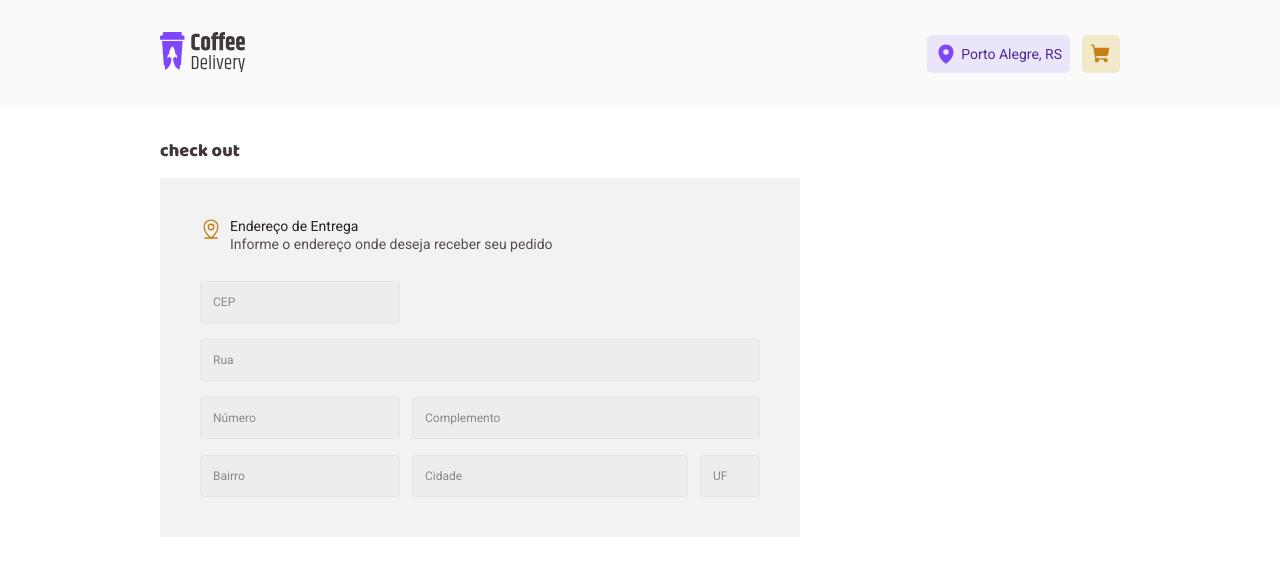
Repository: caueenrico/CoffeDelivery
Page: /checkout
The author's editor kept a copy of each file at every save. The page is drawn from the files as they stood at one save, then again after the next save.
The browser window is 1280 px wide. The pictures show the whole page.
The project was rebuilt for these pictures with package versions that can differ from the ones it lists, and the page was loaded fresh each time. Also part of the build but not shown: vite.config.ts, src/components/CoffesOptions/styled.ts, src/components/CoffeCards/styles.ts, src/components/IpuntNumber/styles.ts, src/components/IpuntNumber/index.tsx, src/components/CartOfCard/styles.ts, src/components/CartOfCard/index.tsx, src/utils/formatMoney.ts and 4 more.

Above is the page before, as saved 2022-09-22 15:31:02.

After the next save:
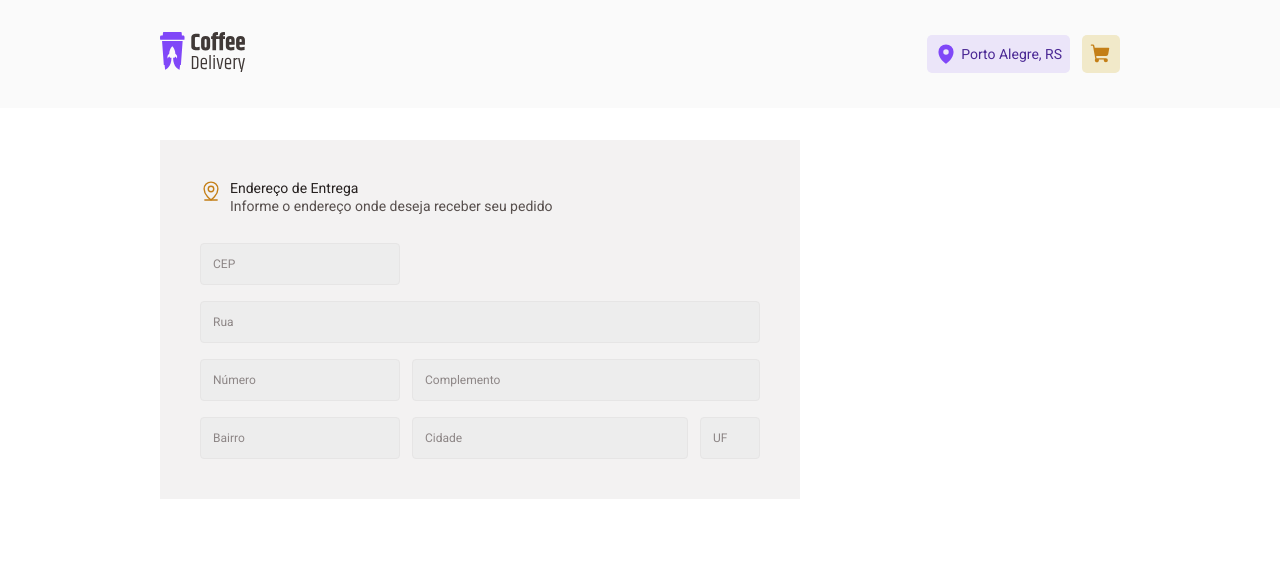
Saved 17 s later.
--- a/src/pages/CheckOut/index.tsx
+++ b/src/pages/CheckOut/index.tsx
@@ -8,7 +8,7 @@
 export function CheckOut() {
   return (
     <>
-      <TilteText>check out</TilteText>
+      <TilteText></TilteText>
 
       <ContainerCheckOut>
         <TextCheck

After the 3 saves that followed:
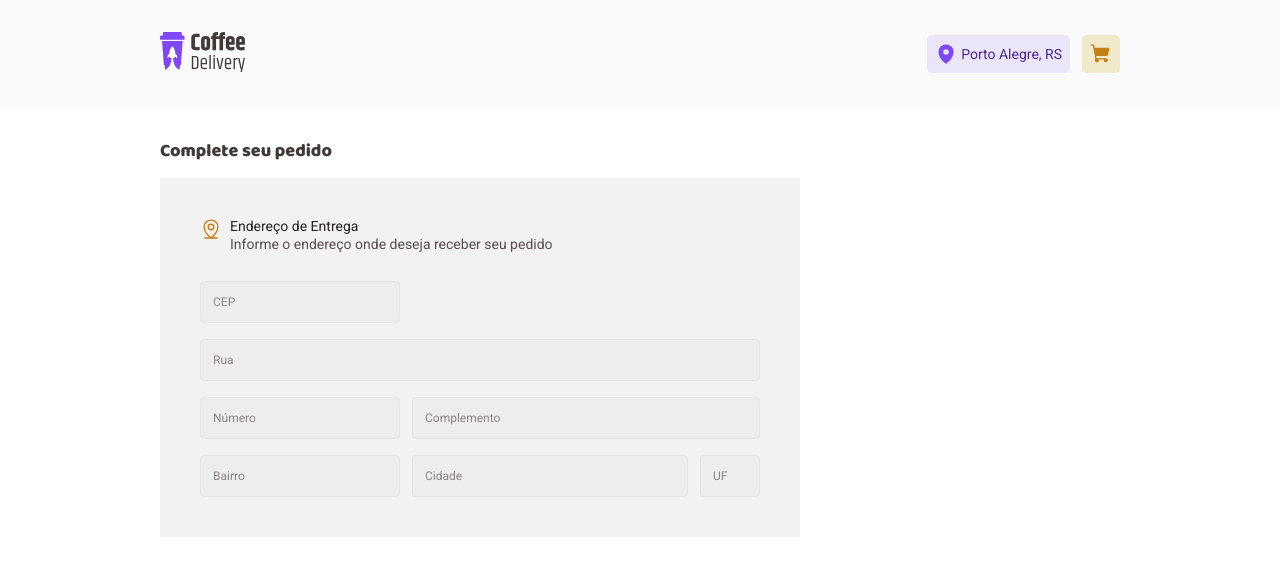
The 3 saves are shown as one change because they came seconds apart.
The last was saved 17 s later.
--- a/src/pages/CheckOut/index.tsx
+++ b/src/pages/CheckOut/index.tsx
@@ -8,7 +8,7 @@
 export function CheckOut() {
   return (
     <>
-      <TilteText></TilteText>
+      <TilteText>Complete seu pedido</TilteText>
 
       <ContainerCheckOut>
         <TextCheck
